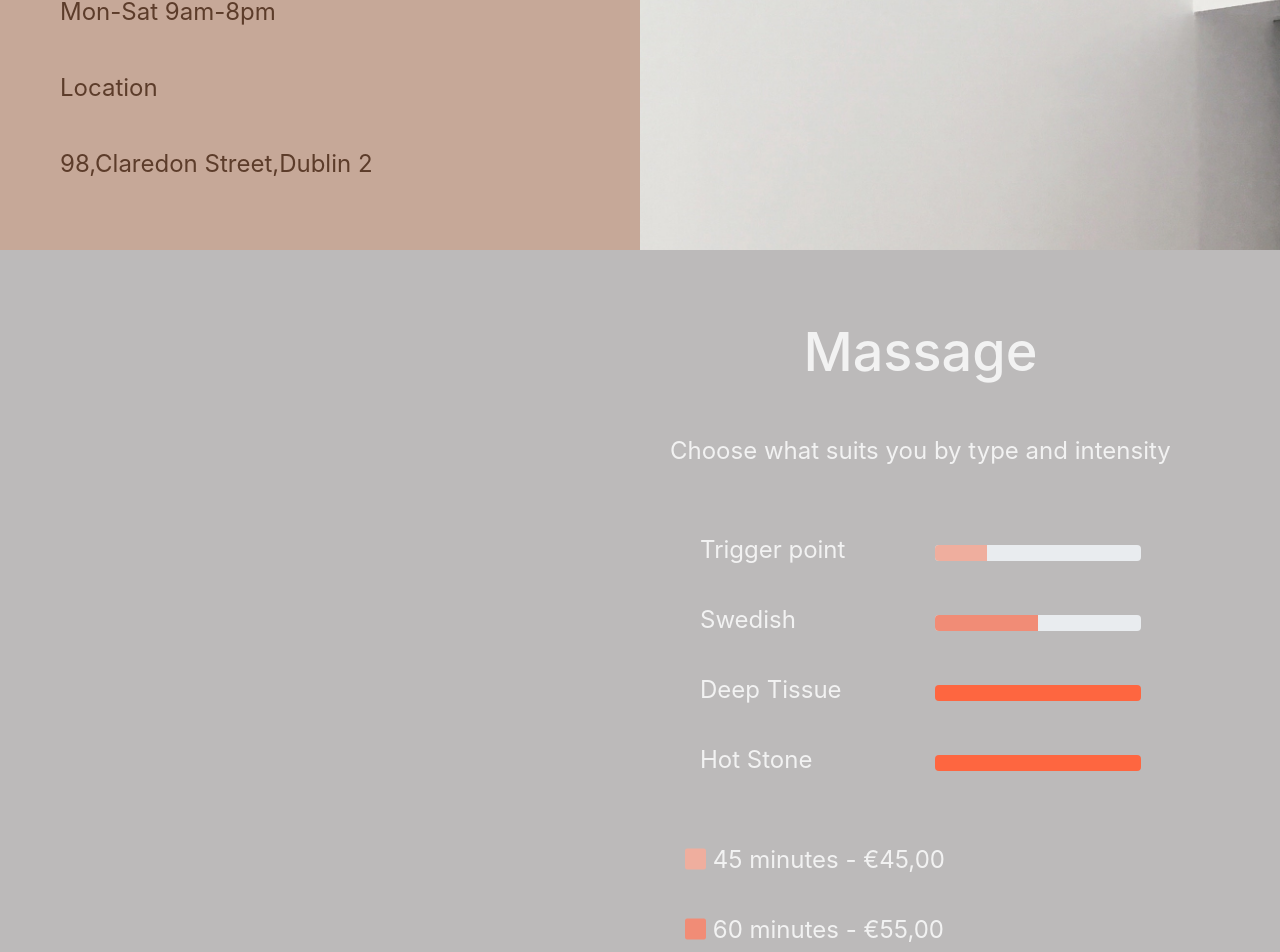
Repository: Code-Institute-Submissions/spa-website
Page: index.html
The author's editor kept a record of every edit. The page is drawn from the files as they stood at one moment, then again after the next edit.
The browser window is 1280 px wide. The pictures show the part of the page from y = 1336 to 2288 px (the page is 5202 px tall).
An inner scrolling area shows only its first screen. Backgrounds fixed to the window are drawn as part of the page. Some web libraries are served in a nearby version.

Above is the page before.

After the next edit:
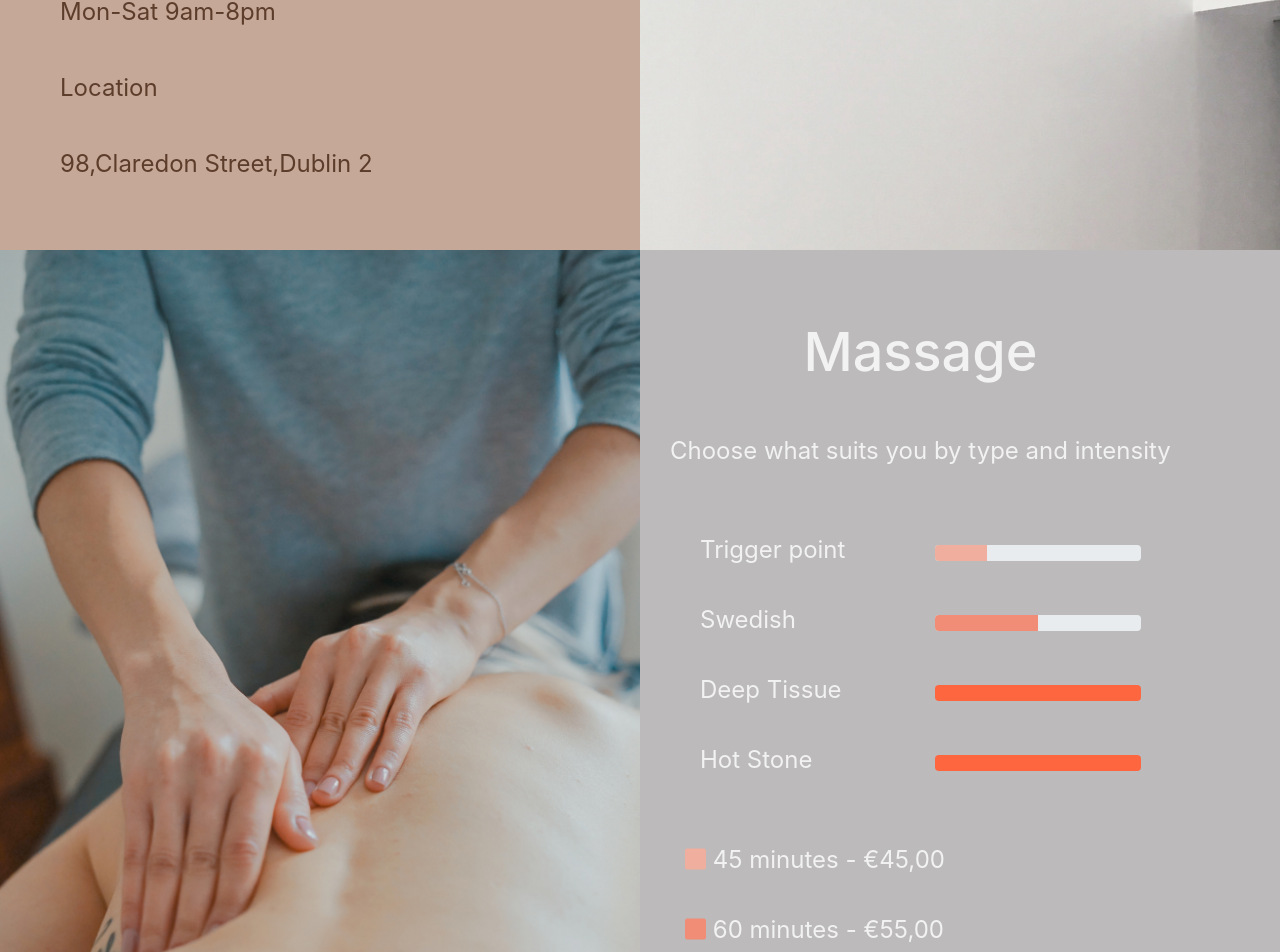
The edit:
--- a/index.html
+++ b/index.html
@@ -103,8 +103,8 @@
 
   <section id="massage" class="massage">
     <div class="row no-gutters">
-      <div class="col-12 col-md-6 order-2">
-        <div></div>
+      <div class="col-12 col-md-6 order-2" id="cover">
+
       </div>
       <div class="col-12 col-md-6 d-flex align-items-center order-3">
         <div id="masstop">
